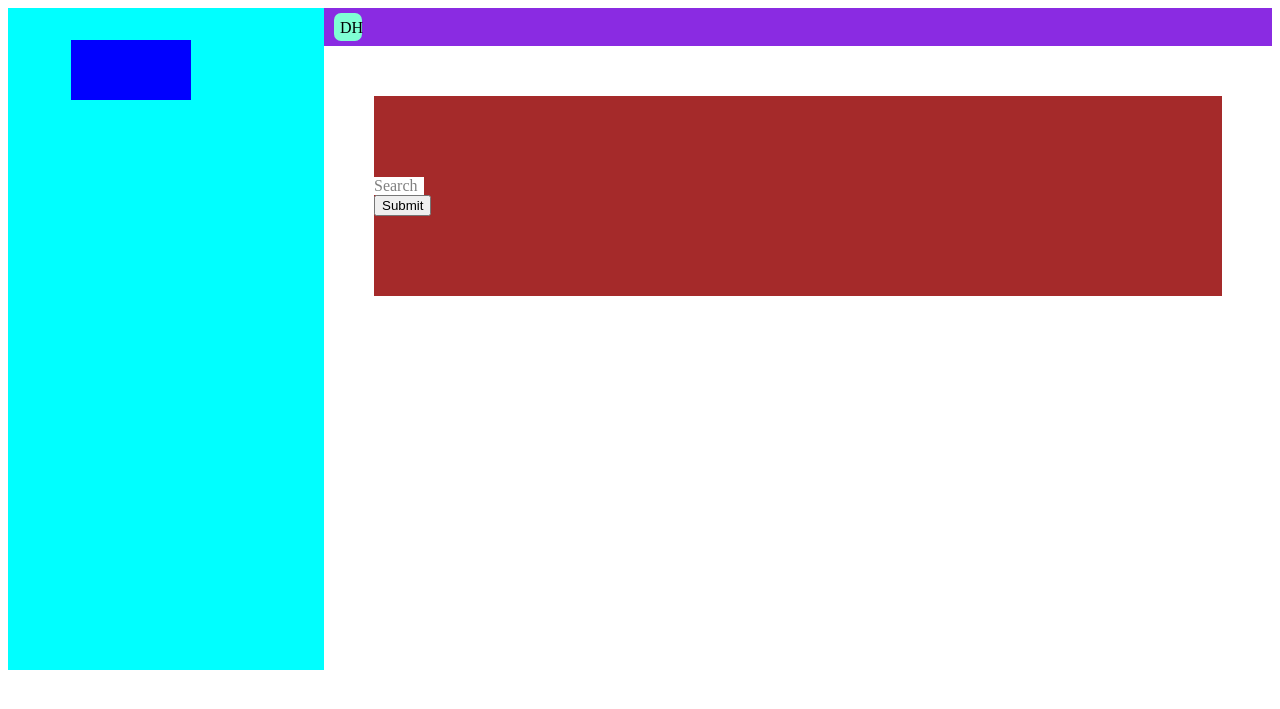
Repository: tr2cky/barrage
Page: index.html
These files come from the project's save history. The page is drawn as it stood at one moment and after a run of saves; the edit follows.
The browser window is 1280 px wide. The pictures show the whole page.

Above is the page before, as saved 2022-10-03 13:47:02.

After the next 12 saves:
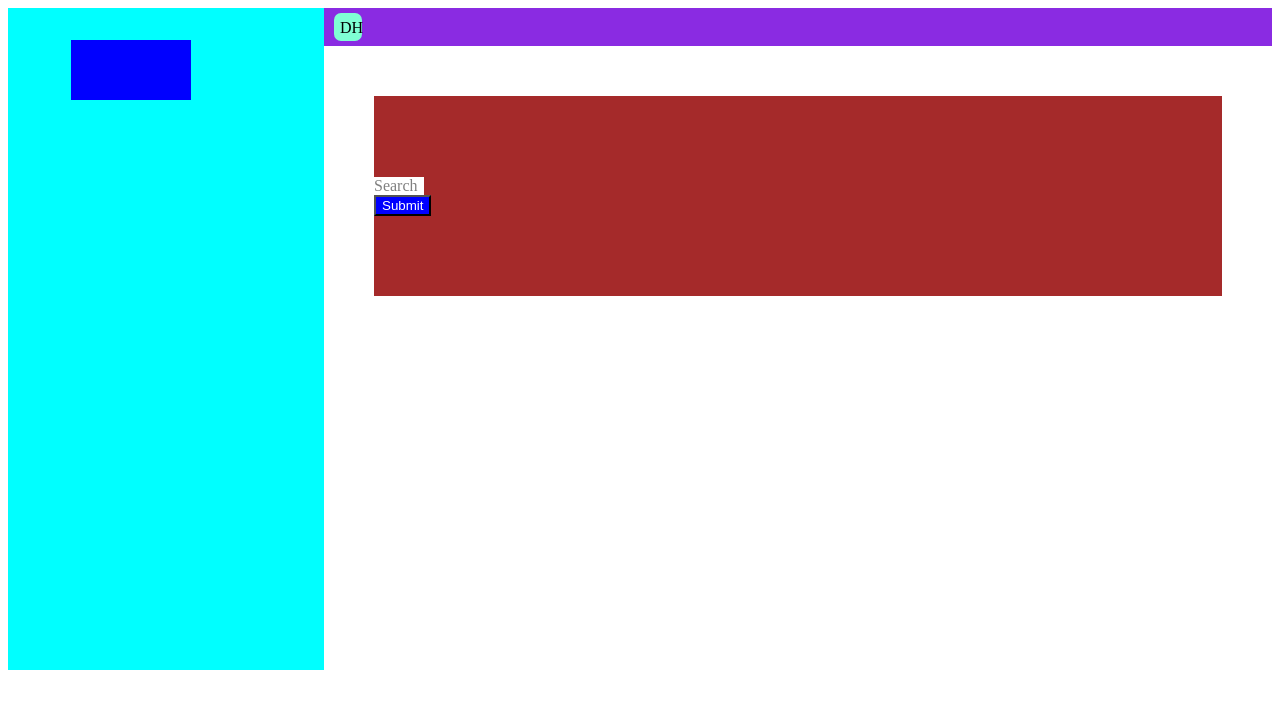
The 12 saves are shown as one change because they came seconds apart.
The last was saved 19 s later.
--- a/style.css
+++ b/style.css
@@ -42,3 +42,7 @@ main article {
     color: gray;
     width: 50px;
 }
+button {
+    background-color: blue;
+    color: white;
+}
